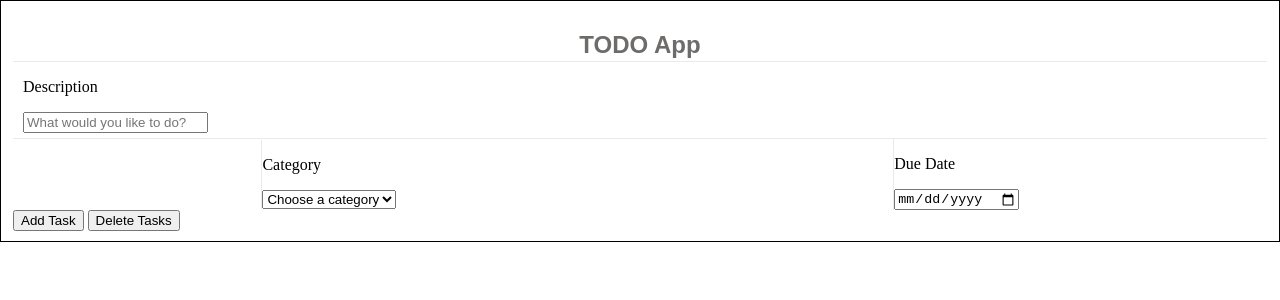
Repository: king-slayer97/TODO-App
Page: http://localhost/
The author's editor kept a copy of each file at every save. The page is drawn from the files as they stood at one save, then again after a run of saves.
The browser window is 1280 px wide. The pictures show the whole page.
The page is served by the project's Node server (index.js). Other server files are loaded and not shown.

Above is the page before, as saved 2022-08-15 17:09:07.

### views/home.ejs
<!DOCTYPE html>
<html lang="en">

<head>
    <meta charset="UTF-8">
    <meta http-equiv="X-UA-Compatible" content="IE=edge">
    <meta name="viewport" content="width=device-width, initial-scale=1.0">
    <title>TODO App</title>
    <link rel="stylesheet" href="/css/home.css">
</head>

<body>
    <div class="wrapper">
        <div class="heading">
            <h2>TODO App</h2>
        </div>
        <div class="description-wrapper">
            <div class="description">
                <p>Description</p>
                <input type="text" placeholder="What would you like to do?">
            </div>
        </div>
        <div class="section2">
            <div class="category">
                <p>Category</p>
                <select>
                    <option selected disabled>Choose a category</option>
                    <option value="Personal">Personal</option>
                    <option value="Work">Work</option>
                    <option value="School">School</option>
                    <option value="Cleaning">Cleaning</option>
                    <option value="Other">Other</option>
                </select>
            </div>
            <div class="date">
                <p>Due Date</p>
                <input type="date" placeholder="dd/mm/yyyy">
            </div>
        </div>
        <div class="buttons">
            <button>Add Task</button>
            <button>Delete Tasks</button>
        </div>
    </div>
</body>

</html>

### index.js
const express = require('express');
const PORT = 3000;
const app = express();

//setup view engine
app.set('view engine', 'ejs');
app.set('views','./views');
app.use(express.static('assets'));

//importing routes
const router = require('./routes');
app.use('/',router);

//Listening on port 3000
app.listen(PORT, function(err){
    if(err) {
        console.log(`Error: ${err}`);
    }
    else{
        console.log(`Listening on port ${PORT}`);
    }
});

### controllers/home_controller.js
module.exports.homePage = function(req, res){
    res.render('home',{title: "TODO App"});
};

### assets/css/home.css
body{
    margin: 0;
}

.wrapper{
    border: 1px solid black;
    padding: 10px 12px;
}

.heading{
    text-align: center;
    border-bottom: 1px solid #eaeaea;
    height: 30px;
    /* display: flex;
    align-items: center;
    justify-content: center; */
}

.heading h2{
    color: #6e6c6b;
    font-family: Arial, Helvetica, sans-serif;
    /* font-style: inherit; */
}

.description-wrapper{
    border-bottom: 1px solid #eaeaea;

}

.description{
    /* display: flex;
    flex-direction:column;
    justify-content: flex-start; */
    /* background-color: yellow; */
    padding:0px 10px;
    padding-bottom: 5px;
}

.description p{
    height: 100%;
    /* background-color: pink; */
}
/*
.description input[type="text"]{
    border-style: none;
    text-align: left;
} */

.section2{
    display: flex;
    align-items: center;
    justify-content: space-around;
}

.category select,.description input[type="text"],{
    border: none;
    outline: 0px;
}

.section2 .date,.section2 .category{
    border-left: 1px solid #eaeaea;
}

After the next 5 saves:
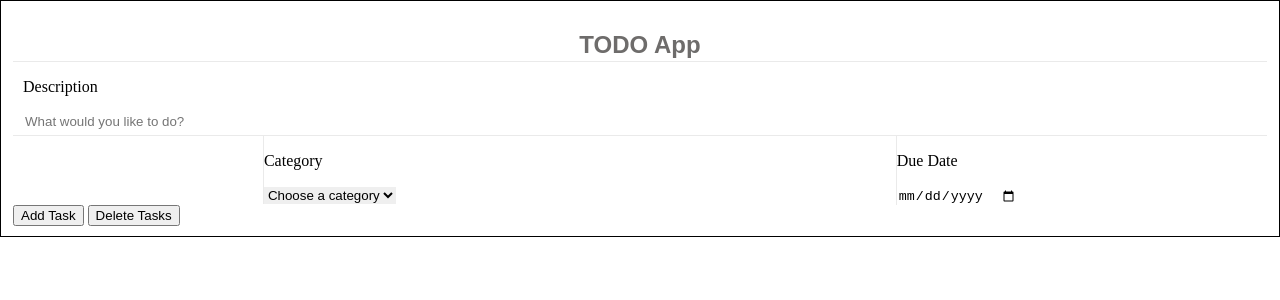
The 5 saves are shown as one change because they came seconds apart.
The last was saved 15 s later.
--- a/assets/css/home.css
+++ b/assets/css/home.css
@@ -52,7 +52,7 @@ body{
     justify-content: space-around;
 }
 
-.category select,.description input[type="text"],{
+.category select,.description input[type="text"],.date input[type="date"]{
     border: none;
     outline: 0px;
 }
